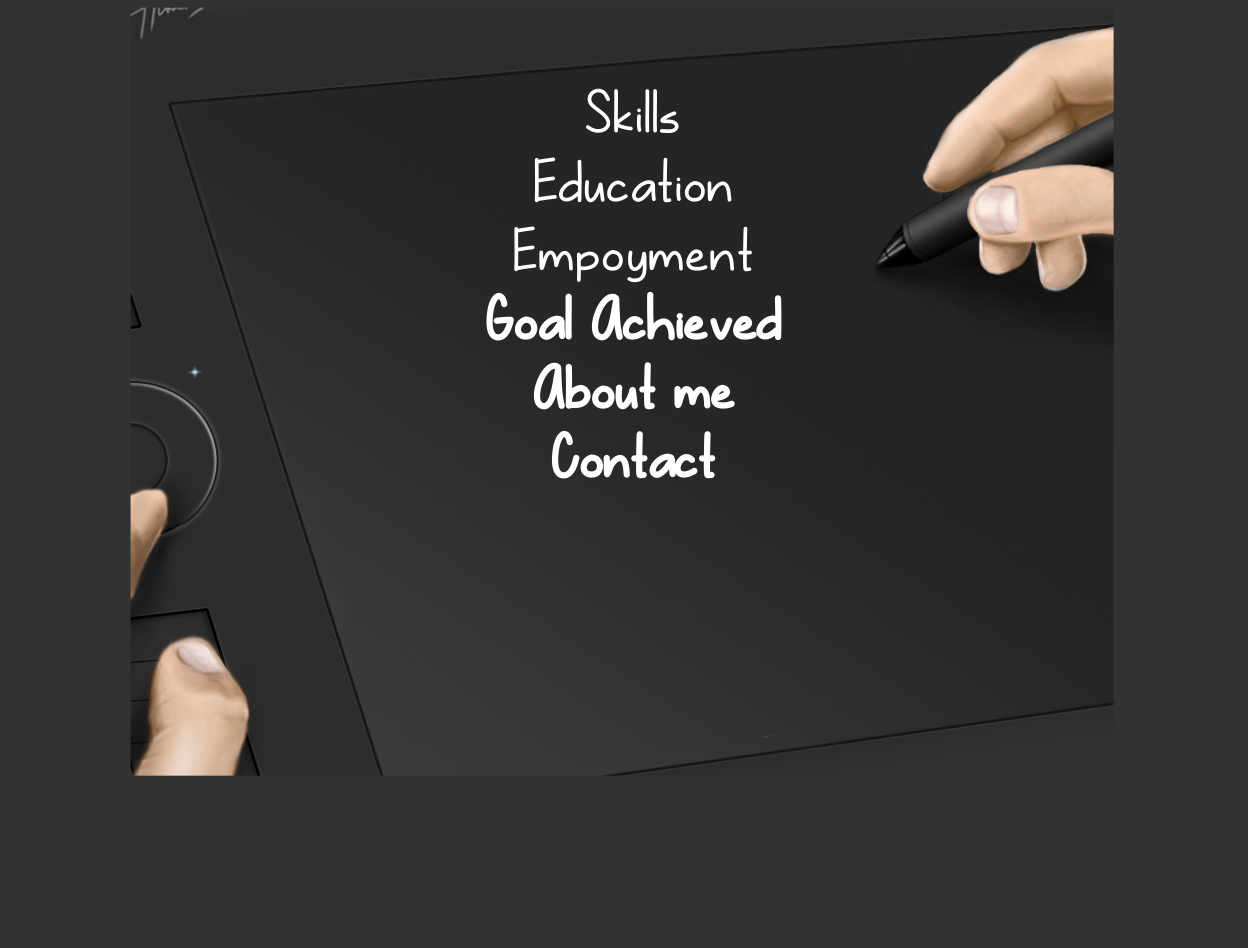
Repository: nikichanko/cv
Page: index.html
An editor plug-in stored every save of this project. The page is shown before and after the next save, followed by the edit.
The browser window is 1280 px wide. The page is 1300 px wide, so the pictures cover 1300 px, including what lies to the right of the window. The pictures show the whole page, at 96% of full size.

Above is the page before, as saved 2018-08-09 20:24:16.

### index.html
<!DOCTYPE html>
<html>
  <head>
    <link rel="stylesheet" type="text/css" href="css/styles.css">
    <script src="https://ajax.googleapis.com/ajax/libs/jquery/3.3.1/jquery.min.js"></script>
    <title>Nikolay Nikolov - CV</title>
  </head>
  <body>
    <div class="wrapper">
      <div class="menu">
        <div class="item">
          Skills
        </div>
        <div class="content skills">
          <i class="close"></i>
          <ul>
            <li>Program Languages:</li>
            <ol>ECMAScript 6, JAVA, Swift 4, Objective C</ol>
            <ol>HTML, JS, CSS (LESS and SASS), PHP</ol>
            <li>Frameworks and Libraries:</li>
            <ol>React Native, JQuery, Ajax, Smarty Template Engine</ol>
            <li>Program and Web Tools:</li>
            <ol>Android Studio, Xcode 9, Note (npm)</ol>
            <ol>Apple Connect and Google Console, Appsflyer, Fabric, Firebase, Faslane</ol>
            <ol>Photoshop, Illustrator, Sketch</ol>
            <li>Strong Knowledge in:</li>
            <ol>GitFlow, RESTful API, Responsive and Mobile Design, UX nad UI Design</ol>
            <li>Best Practices in:</li>
            <ol>OOP, Test Driven Development, Cross platform development</ol>
            <li>Other Abilities:</li>
            <ol>Digital Drawing of web application arts with graphic tablet</ol>
          </ul>
        </div>
        <div class="item">
          Education
        </div>
        <div class="content">
            <i class="close"></i>
            2011-2013<br/>
            M. Sc. in Computer Science<br/>
            Technical University Gabrovo,
            Computer System and Technologies
        </div>
        <div class="item">
          Empoyment
        </div>
        <div class="content">
            <i class="close"></i>
            <b>from 12. 2016 to present</b><br/>
            Mansion Technology and Operations Centre<br/>
            Professional Title: front-end developer<br/>
            from 11. 2017 working as mobile developer in agile environment<br/><br/>
            <b>from 05. 2014 to 12. 2016</br>
            Support Service LTD for Image-Line Belgium</br>
            Professional Title: fullstack web developer with more front-end responsibilities
        </div>
        <div class="item">
          Goal Achieved
        </div>
        <div class="content skills">
          <i class="close"></i>
          <ul>
            <li>As mobile developer:</li>
            <ol>Quick switching from web to mobile development</ol>
            <ol>Key person with leading role in mobile team</ol>
            <ol>Be main part of critical moments when quick reaction and self-organization is very important</ol>
            <ol>The person who implemented React Native framework in real mobile apps</ol>
            <ol>Publishing and then dealing with rejection of apps in both stores</ol>
            <ol>Implementations: Redux, Geo location services, Biometic authetification with
              RESTful API login, React Native navigation, Unit, Integration and Snapshot Tests with Jest, executed in CI system (Bamboo),
              Cross-platform and multi-device layouts, Exposing many custom code from Native to React Native (NativeModules and NativeEventEmitter)</ol>
            <li>As front-end developer:</li>
            <ol>Responsive and mobile designs with no compromises in details</ol>
            <ol>Developed many end-to-end web applications like: Image Sliders with lazyloading, javascript Video and Audio Players with full mobile support</ol>
            <ol>RESTful API integrations</ol>
            <ol>Unit testing with Jasmine</ol>
          </ul>
        </div>
        <div class="item">
          About me
        </div>
        <div class="content skills">
          <i class="close"></i>

        </div>
        <div class="item">
          Contact
        </div>
        <div class="content">
            <i class="close"></i>
            Fill free to leave me a message...
            <script type="text/javascript" src="https://form.jotformeu.com/jsform/82187298762370"></script>
        </div>
      </div>
    </div>
    <script src="js/common.js"></script>
  </body>
</html>

### css/styles.css
@font-face {
  font-family: 'Just Gotta Smile';
  src: url('./fonts/JustGottaSmile.woff2') format('woff2'),
      url('./fonts/JustGottaSmile.woff') format('woff'),
      url('./fonts/JustGottaSmile.ttf') format('truetype');
  font-weight: 500;
  font-style: normal;
}

@font-face {
  font-family: 'Josefin Slab';
  src: url('./fonts/JosefinSlab.woff2') format('woff2'),
      url('./fonts/JosefinSlab.woff') format('woff'),
      url('./fonts/JosefinSlab.ttf') format('truetype');
  font-weight: normal;
  font-style: normal;
}
ul, li, ol {
  margin: 0;
  padding: 0;
}

body {
  background-color: #323232;
  width: 100%;
  font-family: 'Just Gotta Smile';
  color: #fff;
}

.menu {
  left: 20px;
  line-height: 70px;
  margin: 0 auto;
  position: absolute;
  text-align: center;
  width: 100%;
  height: 400px;
  font-size: 64px;
  top: 80px;
}

.item {
  cursor: pointer;
  position: relative;
  left: 50%;
  opacity: 1;
  transform: translateX(-50%) ;
  -ms-transform: translateX(-50%) ; /* IE 9 */
  -webkit-transform: translateX(-50%); /* Safari 3-8 */
  transition: opacity 0.5s ease-in-out;
  -webkit-user-select: none;
     -moz-user-select: none;
      -ms-user-select: none;
          user-select: none;
          width: auto;
}

.item.closed {
  opacity: 0;
  height: 0;
  visibility: hidden;
}

.content {
  font-family: 'Josefin Slab';
  padding-top: 2px;
  left: 50px;
  max-width: 600px;
  text-align: left;
  top: 50px;
  width: 60%;
  margin: 0 auto;
  line-height: 40px;
  height: 0;
  opacity: 0;
  font-size: 20px;
  transition: opacity 0.5s ease-in-out;
  position: relative;
  visibility: hidden;
}

.content.open {
  height: auto;
  opacity: 1;
  transition: opacity 0.5s ease-in-out;
  visibility: visible;
}
.content.skills {
  line-height: 30px;
}
.content.skills ul {
  margin-top: 10px;
  margin-left: 20px;
}
.content.skills li {
  font-weight: bold;
  font-size: 20px;
  padding:5px 0;
}
.content.skills ol {
  font-size: 16px;
  margin-left: 15px;
}

.item:hover {
  color: #a4cbe6;
}

.wrapper {
  width: 80%;
  max-width: 1300px;
  height: 800px;
  margin: 0 auto;
  background-image: url(../img/cv_bg.png);
  background-repeat: no-repeat;
  background-position: right center;
  background-size: cover;
}

.close {
  position: absolute;
  top: -29px;
  left: -7px;
  width: 32px;
  height: 32px;
  opacity: 0.3;
}
.close:hover {
  opacity: 1;
}
.close:before, .close:after {
  position: absolute;
  left: 15px;
  content: ' ';
  height: 25px;
  width: 2px;
  background-color: #fff;
}
.close:before {
  transform: rotate(45deg);
}
.close:after {
  transform: rotate(-45deg);
}

### js/common.js
$(".item").on('click', function() {
  var _t = this;
  setTimeout(function(){
    $(_t).next('.content').addClass('open');
  },100);
  $('.item').each(function(i, v) {
    if (!$(_t).is(v)) {
      $(v).addClass('closed');
      $(v).next('.content').removeClass('open');
    }
    else {
      $(v).removeClass('closed');
    }
  });
});

$('.close').on('click', function(){
  $('.item').each(function(i, v) {
    setTimeout(function(){
      $(v).removeClass('closed');
    },100);
    $(v).next('.content').removeClass('open');
  });
})

After the next save:
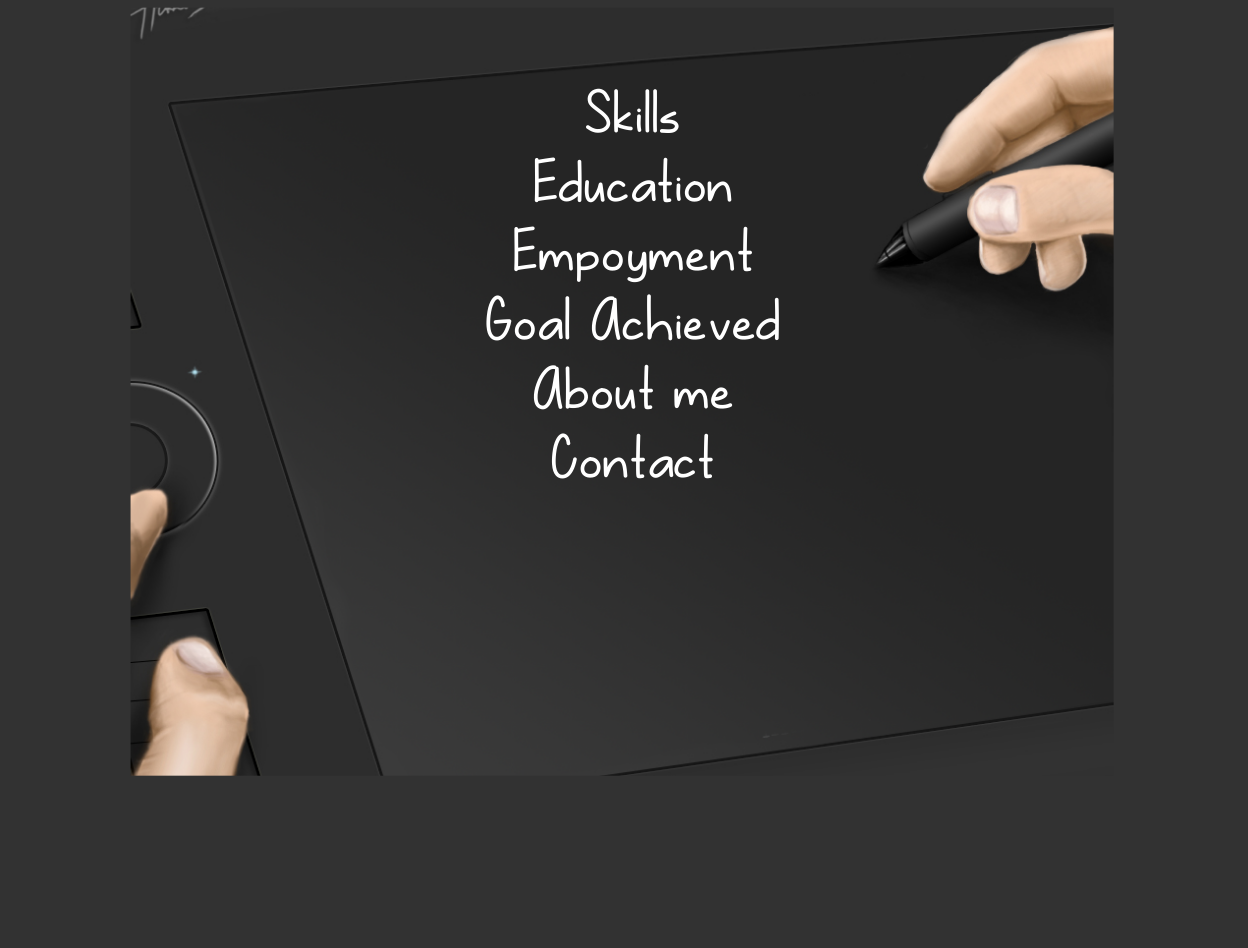
Saved 3 min 34 s later.
--- a/index.html
+++ b/index.html
@@ -50,7 +50,7 @@
             Mansion Technology and Operations Centre<br/>
             Professional Title: front-end developer<br/>
             from 11. 2017 working as mobile developer in agile environment<br/><br/>
-            <b>from 05. 2014 to 12. 2016</br>
+            <b>from 05. 2014 to 12. 2016</b></br>
             Support Service LTD for Image-Line Belgium</br>
             Professional Title: fullstack web developer with more front-end responsibilities
         </div>
